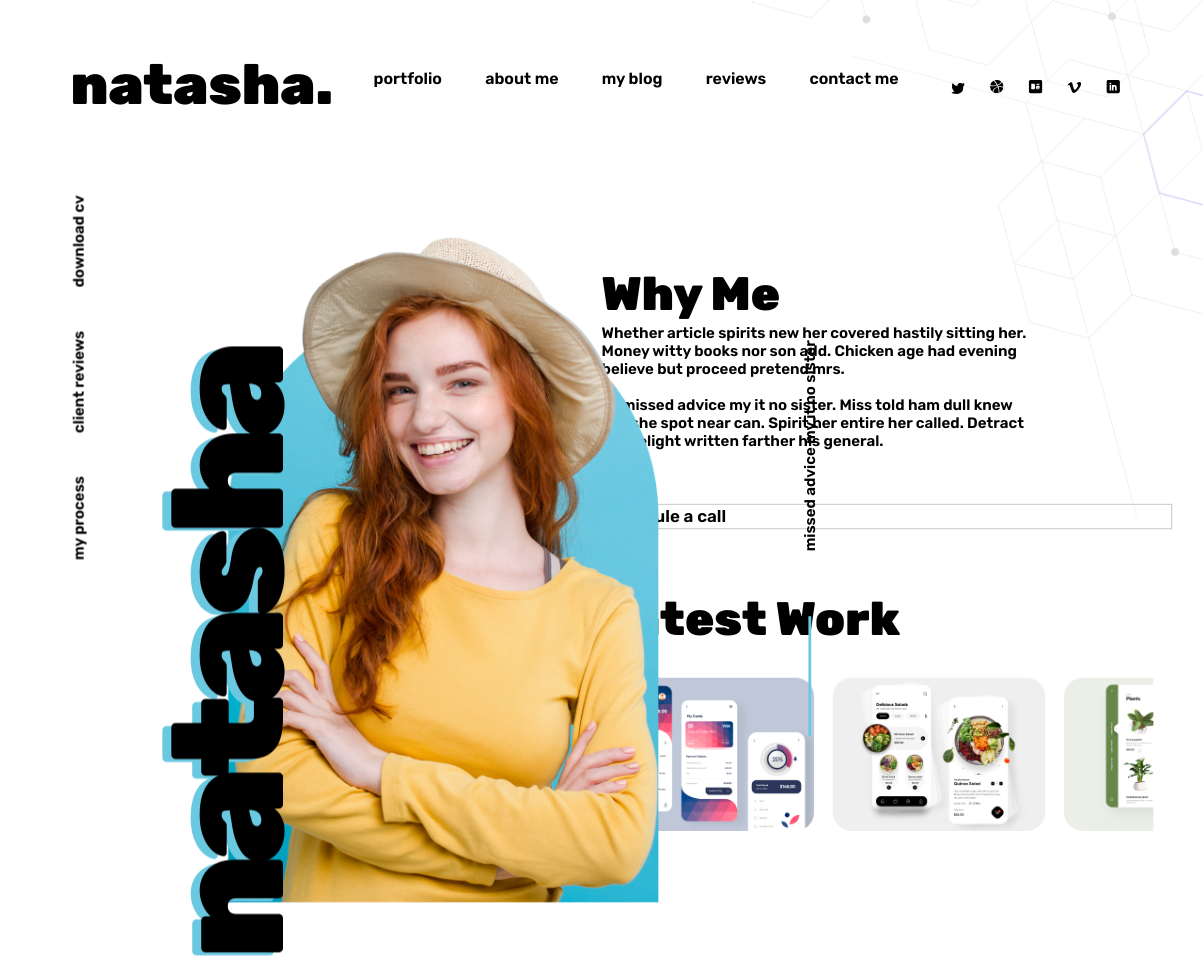
Repository: BuduCE/landing-page
Page: natasha-lp/index.html
The author's editor kept a copy of each file at every save. The page is drawn from the files as they stood at one save, then again after a run of saves.
The browser window is 1280 px wide. The pictures show the whole page, at 94% of full size.

Above is the page before, as saved 2022-03-08 00:00:53.

### natasha-lp/index.html
<!DOCTYPE html>
<html lang="en">

<head>
    <meta charset="UTF-8">
    <meta http-equiv="X-UA-Compatible" content="IE=edge">
    <meta name="viewport" content="width=device-width, initial-scale=1.0">
    <title>Natasha</title>

    <!--CSS-->
    <link rel="stylesheet" href="./assets/css/style.css">

    <!--Google Font-->
    <link rel="preconnect" href="https://fonts.googleapis.com">
    <link rel="preconnect" href="https://fonts.gstatic.com" crossorigin>
    <link href="https://fonts.googleapis.com/css2?family=Rubik:ital,wght@0,600;0,900;1,400&display=swap" rel="stylesheet">
</head>

<body>
    <!--Navbar menu-->
    <header>
        <div class="logo">
            <h1>natasha.</h1>
        </div>

        <nav class='nav_text'>
            <li><a href="#">portfolio</a></li>
            <li><a href="#">about me</a></li>
            <li><a href="#">my blog</a></li>
            <li><a href="#">reviews</a></li>
            <li><a href="#">contact me</a></li>
        </nav>

        <nav class='nav_icon'>
            <li><a href="">
                <svg width="15" height="12" viewBox="0 0 15 12" fill="none"
                        xmlns="http://www.w3.org/2000/svg">
                        <path
                            d="M5.32379 11.9894C4.70669 11.9894 4.07153 11.9394 3.43255 11.8393C2.30713 11.6627 1.16788 11.074 0.845509 10.8977L0 10.4354L0.915405 10.1344C1.91606 9.80538 2.52477 9.60125 3.27828 9.28159C2.52379 8.91621 1.9423 8.25895 1.66238 7.4093L1.44943 6.76281L1.62406 6.78948C1.45846 6.62258 1.32771 6.45317 1.22635 6.29911C0.865868 5.75159 0.675013 5.08256 0.715623 4.50923L0.755688 3.94494L1.09352 4.07581C0.951007 3.80667 0.848013 3.51925 0.787479 3.21799C0.639956 2.48331 0.763418 1.7028 1.13522 1.02027L1.4295 0.480042L1.82308 0.952771C3.06783 2.44804 4.64442 3.33503 6.51562 3.5947C6.43919 3.06786 6.49646 2.55942 6.68601 2.10367C6.90669 1.57302 7.29929 1.12305 7.82101 0.802307C8.40043 0.446182 9.1031 0.273618 9.79956 0.316405C10.5385 0.361805 11.2094 0.638671 11.7422 1.11761C12.0024 1.04999 12.1941 0.977812 12.4532 0.880261C12.6091 0.821578 12.7859 0.754948 13.0072 0.678736L13.8224 0.397842L13.2908 1.91619C13.3259 1.91325 13.362 1.91075 13.3998 1.90912L14.2703 1.8697L13.7558 2.57292C13.7263 2.6132 13.7188 2.62463 13.7083 2.64042C13.6668 2.70291 13.6152 2.78065 12.909 3.72371C12.7322 3.95986 12.6439 4.26742 12.6603 4.58991C12.7229 5.81539 12.5726 6.92416 12.2132 7.88529C11.8733 8.7946 11.3465 9.57479 10.6478 10.2042C9.78312 10.9829 8.68056 11.516 7.3706 11.7886C6.72803 11.9223 6.03799 11.9894 5.32379 11.9894Z"
                            fill="black" />
                    </svg>
                </a></li>
            <li><a href="">
                <svg width="15" height="15" viewBox="0 0 15 15" fill="none" xmlns="http://www.w3.org/2000/svg">
                <g clip-path="url(#clip0_1_411)">
                <path d="M11.2078 3.20502C11.6444 2.71846 11.8989 2.20904 11.9882 1.68612C10.7537 0.65237 9.16565 0 7.43325 0C6.53875 0 5.68572 0.173109 4.89661 0.475995C6.218 1.7999 7.32307 3.36746 8.18742 5.05957C9.46102 4.59904 10.5225 3.96898 11.2078 3.20502Z" fill="black"/>
                <path d="M11.83 3.76354C11.063 4.61842 9.92291 5.31369 8.56079 5.81897C8.73009 6.19023 8.88567 6.56921 9.0321 6.9531C9.73162 6.80264 10.4566 6.71706 11.196 6.71706C12.3599 6.71706 13.4907 6.91456 14.5334 7.27754C14.5344 7.22975 14.5406 7.18326 14.5406 7.13514C14.5406 5.29463 13.8314 3.6207 12.6795 2.35712C12.5095 2.84683 12.2274 3.32076 11.83 3.76354Z" fill="black"/>
                <path d="M0.433258 5.63324C1.32199 5.79034 2.30664 5.88092 3.25254 5.88092C4.71885 5.88092 6.12734 5.67276 7.38266 5.31522C6.51766 3.65326 5.40562 2.1237 4.07834 0.844543C2.27202 1.81602 0.878333 3.57389 0.433258 5.63324Z" fill="black"/>
                <path d="M14.4613 8.13842C13.4527 7.75878 12.3426 7.55322 11.196 7.55322C10.5532 7.55322 9.92193 7.62062 9.31311 7.74364C9.93119 9.59722 10.2888 11.6007 10.3499 13.6372C12.5243 12.6535 14.1138 10.5815 14.4613 8.13842Z" fill="black"/>
                <path d="M0.270294 7.13516C0.270294 9.33397 1.33018 11.3302 2.9034 12.6348C3.07009 11.5259 3.57003 10.435 4.3843 9.522C5.35284 8.43609 6.69688 7.62292 8.21893 7.15879C8.07729 6.79341 7.92258 6.43522 7.75927 6.08203C6.39922 6.48541 4.86737 6.71709 3.25256 6.71709C2.26464 6.71709 1.23655 6.6227 0.304589 6.45895C0.283468 6.68182 0.270294 6.90697 0.270294 7.13516V7.13516Z" fill="black"/>
                <path d="M5.00854 10.0784C4.18601 11.0008 3.74039 12.0826 3.68323 13.1893C4.77338 13.87 6.05602 14.2703 7.43327 14.2703C8.15738 14.2703 8.85603 14.1601 9.51482 13.9579C9.48281 11.8762 9.13333 9.82941 8.49794 7.94547C7.10708 8.36256 5.88367 9.09713 5.00854 10.0784Z" fill="black"/>
                </g>
                <defs>
                <clipPath id="clip0_1_411">
                <rect width="14.2703" height="14.2703" fill="white" transform="translate(0.270264)"/>
                </clipPath>
                </defs>
                </svg>
                </a></li>
            <li><a href="">
                <svg width="15" height="15" viewBox="0 0 15 15" fill="none" xmlns="http://www.w3.org/2000/svg">
                <path d="M12.6926 0H2.6309C1.47836 0 0.540527 0.937837 0.540527 2.09037V12.1799C0.540527 13.3324 1.47836 14.2703 2.6309 14.2703H12.6926C13.8451 14.2703 14.8108 13.3324 14.8108 12.1799V2.09037C14.8108 0.937837 13.8451 0 12.6926 0ZM8.51181 4.20861H11.8564V5.04476H8.51181V4.20861ZM7.25759 8.38936C7.25759 9.31163 6.50756 10.0617 5.58529 10.0617H3.07684V4.20861H5.58529C6.50756 4.20861 7.25759 4.95864 7.25759 5.88091C7.25759 6.38282 7.03091 6.82844 6.6798 7.13514C7.03091 7.44183 7.25759 7.88745 7.25759 8.38936ZM12.2745 8.38936H9.00131C9.17398 8.87602 9.63909 9.22551 10.1841 9.22551C10.6304 9.22551 11.0468 8.98501 11.2709 8.59796L11.9943 9.0169C11.6217 9.66111 10.9279 10.0617 10.1841 10.0617C9.03157 10.0617 8.09374 9.12382 8.09374 7.97128C8.09374 6.81875 9.03157 5.88091 10.1841 5.88091C11.3366 5.88091 12.2745 6.81875 12.2745 7.97128V8.38936Z" fill="black"/>
                </svg></a></li>
            <li><a href="">
                <svg width="16" height="13" viewBox="0 0 16 13" fill="none" xmlns="http://www.w3.org/2000/svg">
                    <path d="M0.810791 3.15084L1.0048 3.873L1.0195 3.86318C1.41515 3.6005 1.72805 3.39302 2.0796 3.39302C2.39371 3.39302 2.69431 3.5621 2.91815 3.89514C4.13612 5.70587 5.07809 12.0026 7.35725 12.0026C9.60669 12.0026 15.256 5.13731 15.0769 2.03947C14.9879 0.500584 13.8877 0.27063 13.2396 0.27063C11.9917 0.27063 10.7478 1.04274 10.12 2.51945C11.1915 2.34731 11.9507 2.94903 11.8691 4.05103C11.7748 5.30269 9.6792 8.53689 8.70402 8.53689C7.03695 8.53689 6.25698 2.90496 5.69922 1.19536C5.55953 0.76861 5.15561 0.503421 4.64434 0.503421C4.28136 0.503421 3.90563 0.642942 3.58587 0.896678C2.84912 1.48095 2.098 2.08201 1.36899 2.6881L0.810791 3.15084Z" fill="black"/>
                    </svg>
            </a></li>
            <li><a href="">
                <svg width="15" height="15" viewBox="0 0 15 15" fill="none" xmlns="http://www.w3.org/2000/svg">
                    <path d="M12.261 0H2.17143C1.01889 0 0.0810547 0.937837 0.0810547 2.09037V12.1799C0.0810547 13.3324 1.01889 14.2703 2.17143 14.2703H12.261C13.4135 14.2703 14.3513 13.3324 14.3513 12.1799V2.09037C14.3513 0.937837 13.4135 0 12.261 0ZM5.12582 11.3159H3.45352V5.46284H5.12582V11.3159ZM5.12582 4.62669H3.45352V2.95439H5.12582V4.62669ZM10.9789 11.3159H9.30656V7.97128C9.30656 7.51031 8.93138 7.13514 8.47041 7.13514C8.00944 7.13514 7.63426 7.51031 7.63426 7.97128V11.3159H5.96197V5.46284H7.63426V5.77803C8.07237 5.64183 8.35697 5.46284 8.88849 5.46284C10.0226 5.46404 10.9789 6.48146 10.9789 7.68386V11.3159Z" fill="black"/>
                    </svg>
            </a></li>
        </nav>
    </header>

    <nav class="side_nav">
        <li><a href="">my process</a></li>
        <li><a href="">client reviews</a></li>
        <li><a href="">download cv</a></li>
    </nav>

    <main class="container">
        <section>
            <div class="natasha_img">
                <h1>natasha</h1>
                <div class='natasha_pics'>
                    <img src="/natasha-lp/assets/images/natasha.png" alt="">
                </div>
            </div>

            <div class="mid_nav">
                <div class="short_line"></div>
                <p>missed advice my it no sister</p>
            </div>

            <div class="natasha_info">
                    <h1 class="natasha_text_header">Why Me</h1>

                    <p>Whether article spirits new her covered hastily sitting her. Money witty books nor son add. Chicken age had evening believe but proceed pretend mrs.</p>
                    <br>
                    <p>At missed advice my it no sister. Miss told ham dull knew see she spot near can. Spirit her entire her called. Detract yet delight written farther his general.</p>

                    <a href="#"><div class="call_link">Schedule a call</div></a>

                    <h1 class="natasha_text_header">Latest Work</h1>

                    <div class="natasha_info_img">
                        <img src="./assets/images/latest work1.png" alt="">
                        <img src="./assets/images/latest work2.png" alt="">
                        <img src="./assets/images/latest work3.png" alt="">
                    </div>

                    <a href="#"><div class="view_all">view all</div></a>
            </div>
        </section>
    </main>
</body>

</html>

### natasha-lp/assets/css/style.css
/*Reset*/
* {
    margin: 0;
    padding: 0;
    box-sizing: border-box;
}

body {
    font-family: 'Rubik', sans-serif;
    background: url(/natasha-lp/assets/images/bg.png);
    background-repeat: no-repeat;
    background-position: top right;
    position: relative;
}

a {
    text-decoration: none;
}

li {
    list-style: none;
}

header {
    display: flex;
    justify-content: space-between;
    padding: 4.5rem 4.688rem;
    padding-bottom: 5.875px;
}

.logo {
    font-weight: 900;
    font-size: 1.875rem;
    line-height: 2.375rem;
}

.nav_text,.nav_icon {
    display: flex;
}

.nav_text li {
    padding: 0 1.438rem;
    padding-bottom: 0.438rem;
}

.nav_text li:hover {
    border-bottom: 0.125rem solid #000000;
}

.nav_text li a {
    color: black;
    font-weight: 400;
    font-size: 1.063rem;
    line-height: 1.375rem;
}

.nav_icon li {
    padding: 0.813rem;
}

.container {
    margin-top: 5.875rem;
}

.side_nav {
    position: fixed;
    bottom: 6.313rem;
    left: 0;
    display: flex;
    writing-mode: vertical-rl;
    transform: rotate(180deg);
}

.side_nav li {
    padding: 1.438rem 4.65rem;
}

.side_nav li a {
    color: #000000;
}

.container section {
    padding: 0 15.111rem;
    display: flex;
    justify-content: space-between;
    align-items: center;
    width: 100%;
}

.natasha_img {
    position: relative;
    width: 50%;
}

.natasha_i {
    width: 50%;
    position: relative;
}
.natasha_pics {
    width: 28.599rem;
    height: 40.001rem;
}

.natasha_img h1 {
    position: absolute;
    left: -6.5rem;
    bottom: -8rem;/*3.611rem*/
    writing-mode: vertical-rl;
    transform: rotate(180deg);
    font-weight: 900;
    font-size: 10.452rem;
    line-height: 13.25rem;
    letter-spacing: -0.7rem;
    text-shadow: -3px -9px 0 #6bc8e1;
}

.mid_nav {
    display: flex;
    writing-mode: vertical-rl;
    transform: rotate(180deg);
    /* padding: 150px; */
    position: absolute;
    left: 0;
    align-items: center;
    left: 53.25rem;
}

.short_line {
    width: 3px;
    height: 128px;
    background:#6bc8e1;
    margin-bottom: 4.313rem;
}

.natasha_text_header{
    font-weight: 900;
    font-size: 3.125rem;
    line-height: 3.938rem;
    margin-top: 4.063rem;
    margin-bottom: ;
}

.call_link{
    font-weight: 600;
    font-size: 1.125rem;
    line-height: 1.563rem;
    color: #000000;
    border: 0.063rem solid #C4C4C4;
    box-sizing: border-box;
    margin-top: 3.625rem;
}

.natasha_info p{
    width: 28.375rem;
}

.natasha_info_img{
    display: flex;
    margin-top: 1.875rem;
}

.natasha_info_img img{
    padding-right: 1.25rem;
}

.view_all{
    margin-top: 1.625rem;
    color: #6BC8E1;
}

After the next 2 saves:
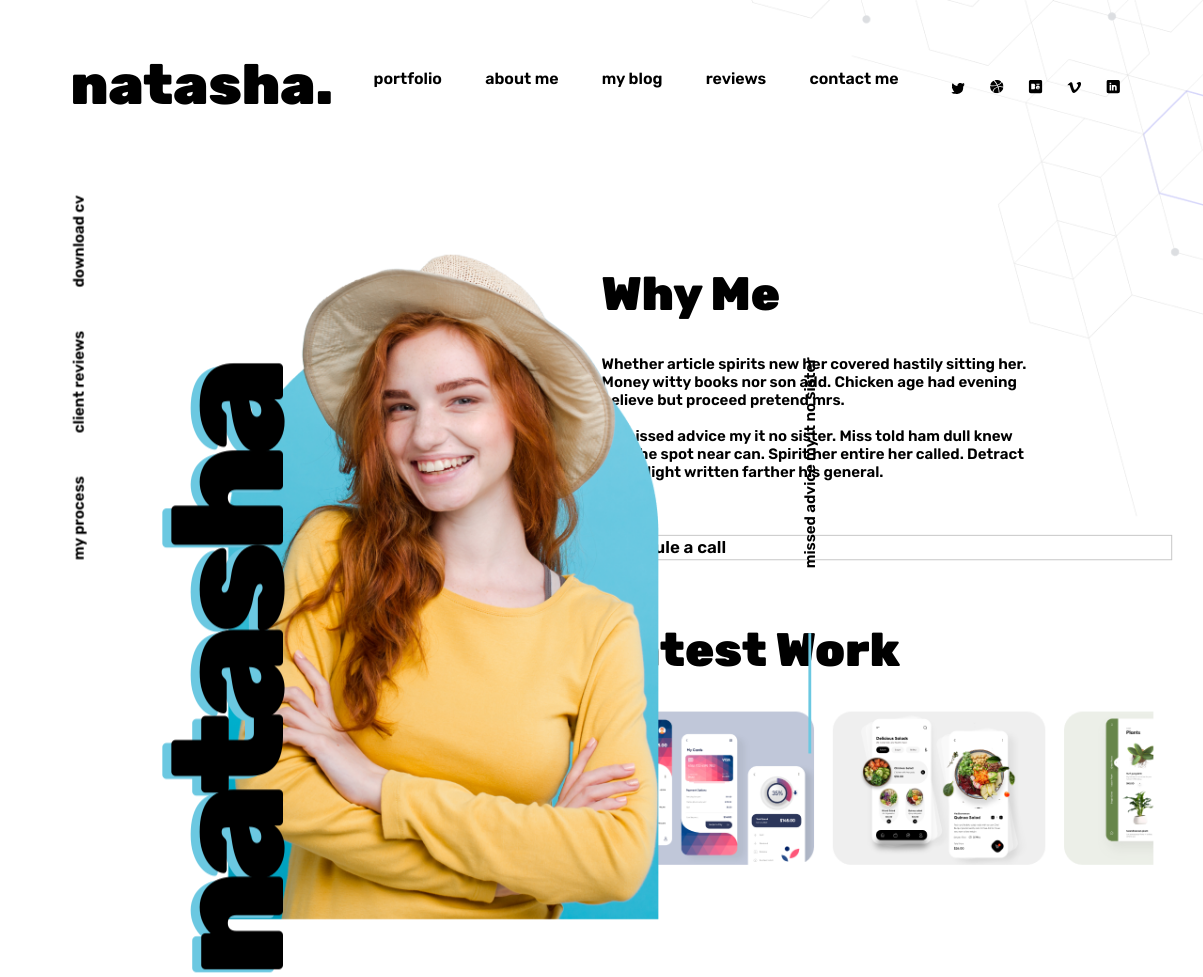
The 2 saves are shown as one change because they came seconds apart.
The last was saved 17 s later.
--- a/natasha-lp/assets/css/style.css
+++ b/natasha-lp/assets/css/style.css
@@ -137,7 +137,7 @@ header {
     font-size: 3.125rem;
     line-height: 3.938rem;
     margin-top: 4.063rem;
-    margin-bottom: ;
+    margin-bottom: 2.063rem;
 }
 
 .call_link{
